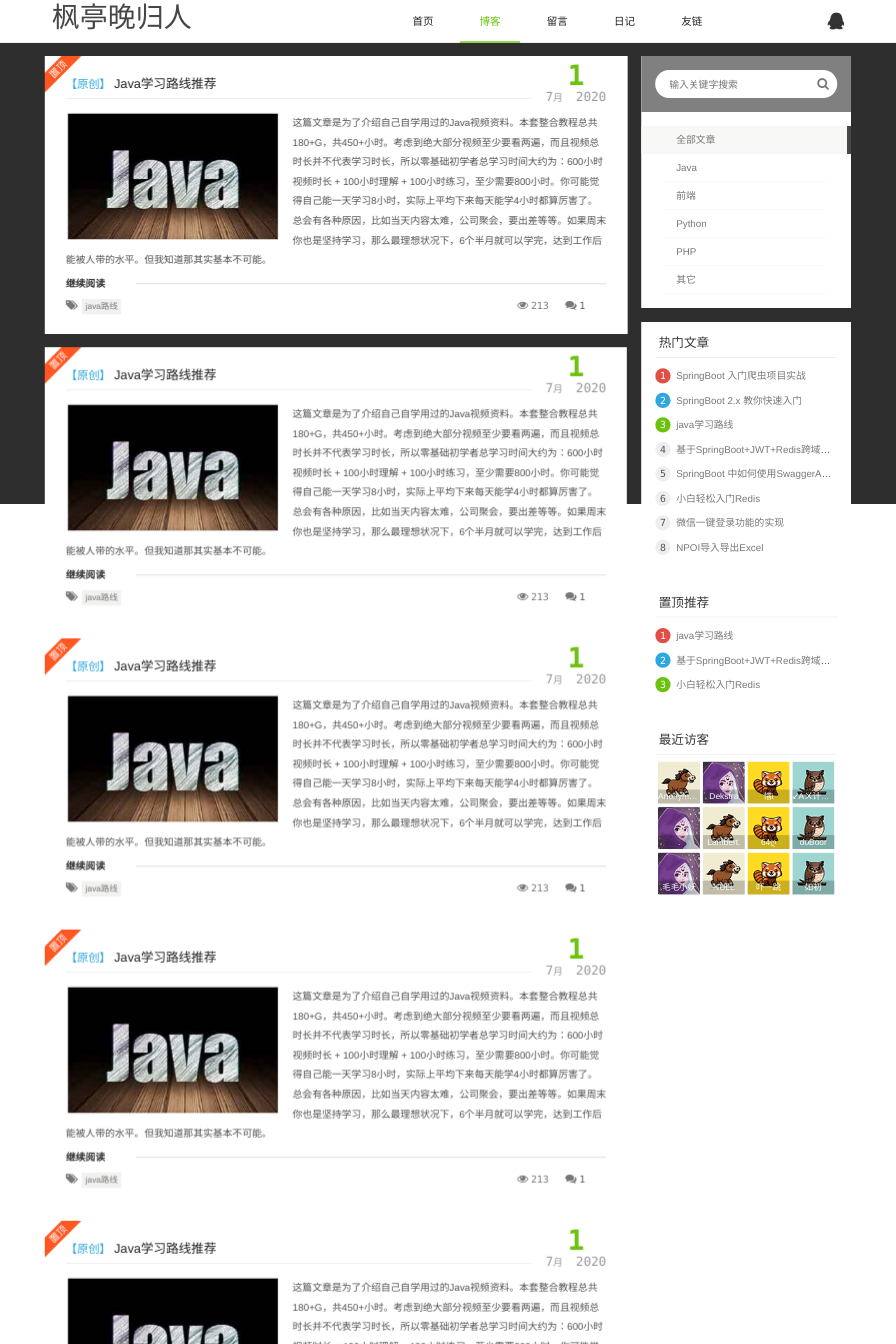
Repository: fengfi9/blog
Page: article.html
An editor plug-in stored every save of this project. The page is shown before and after the next save, followed by the edit.
The browser window is 1280 px wide. The pictures show the part of the page from y = 0 to 1920 px (the page is 3523 px tall), at 70% of full size.

Above is the page before, as saved 2020-10-22 14:23:15.

After the next save:
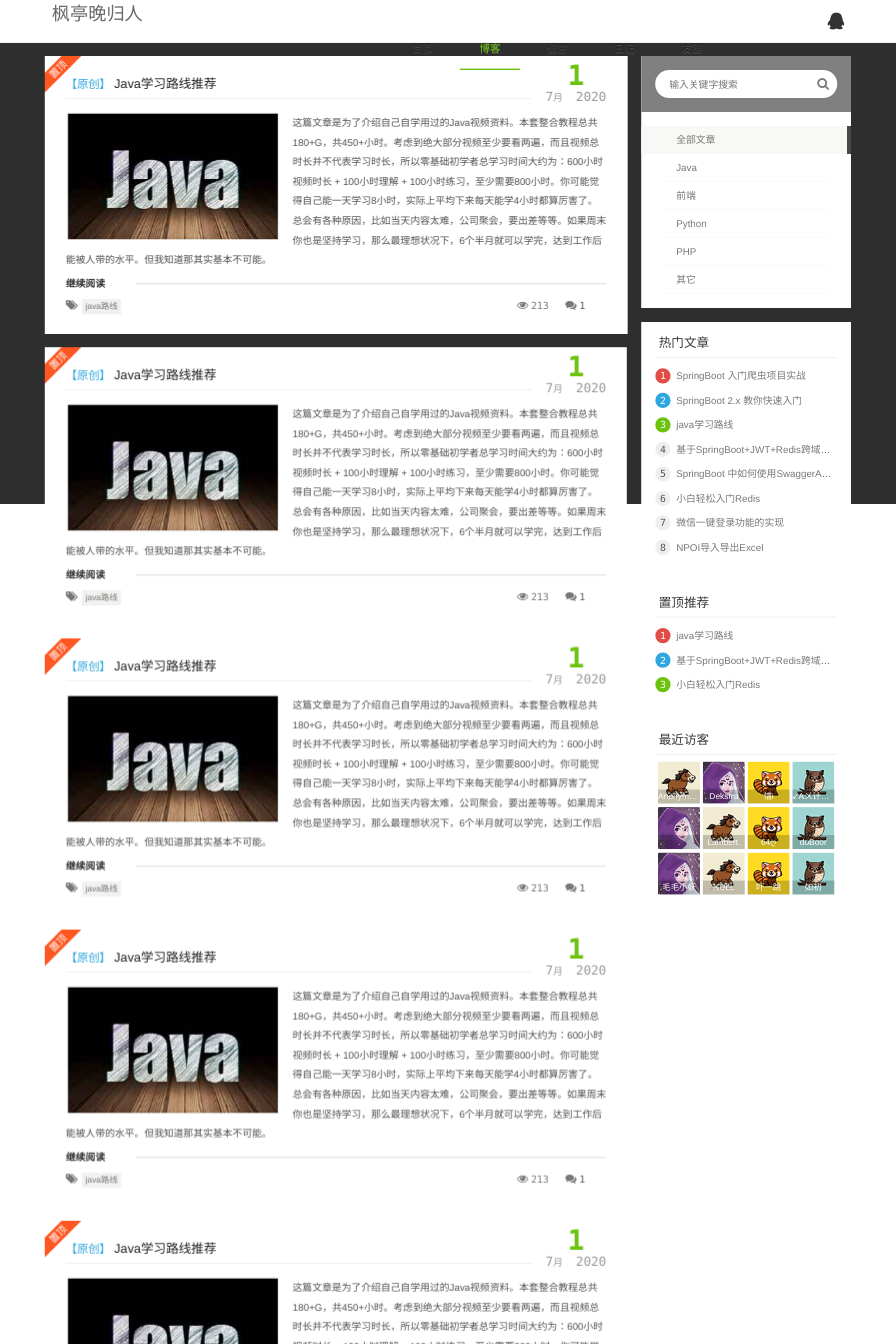
Saved 2 min 56 s later.
--- a/css/master.css
+++ b/css/master.css
@@ -15,7 +15,7 @@ body,html{background-color:rgba(255,255,255,.5);font:14px/1.5 "Helvetica neue",H
 .gird-header{width:100%;min-height:60px;position:fixed;background-color:rgba(255,255,255,1);z-index:11002;top:0;left:0;border-bottom:1px solid #e8e9e7;font-size:14px}
 .container-fixed,.footer-fixed,.header-fixed{width:1280px;margin-left:auto;margin-right:auto;position:relative}
 .header-inner{margin-left:10px;margin-right:10px;position:relative}
-.header-logo{font-family:BarbaraHand;font-size:40px;color:#444647;text-align:center;position:absolute;left:0}
+.header-logo{font-family: cursive;color: #686967;text-decoration: none;font-size: 26px;}
 .nav{display:block;position:absolute;right:15%}
 .nav li{display:block;float:left;margin:10px 5px;position:relative}
 .nav li:before{width:0;height:2px;position:absolute;bottom:-11px;left:50%;background-color:#6bc30d;content:"";transition:all .6s;z-index:-1}
